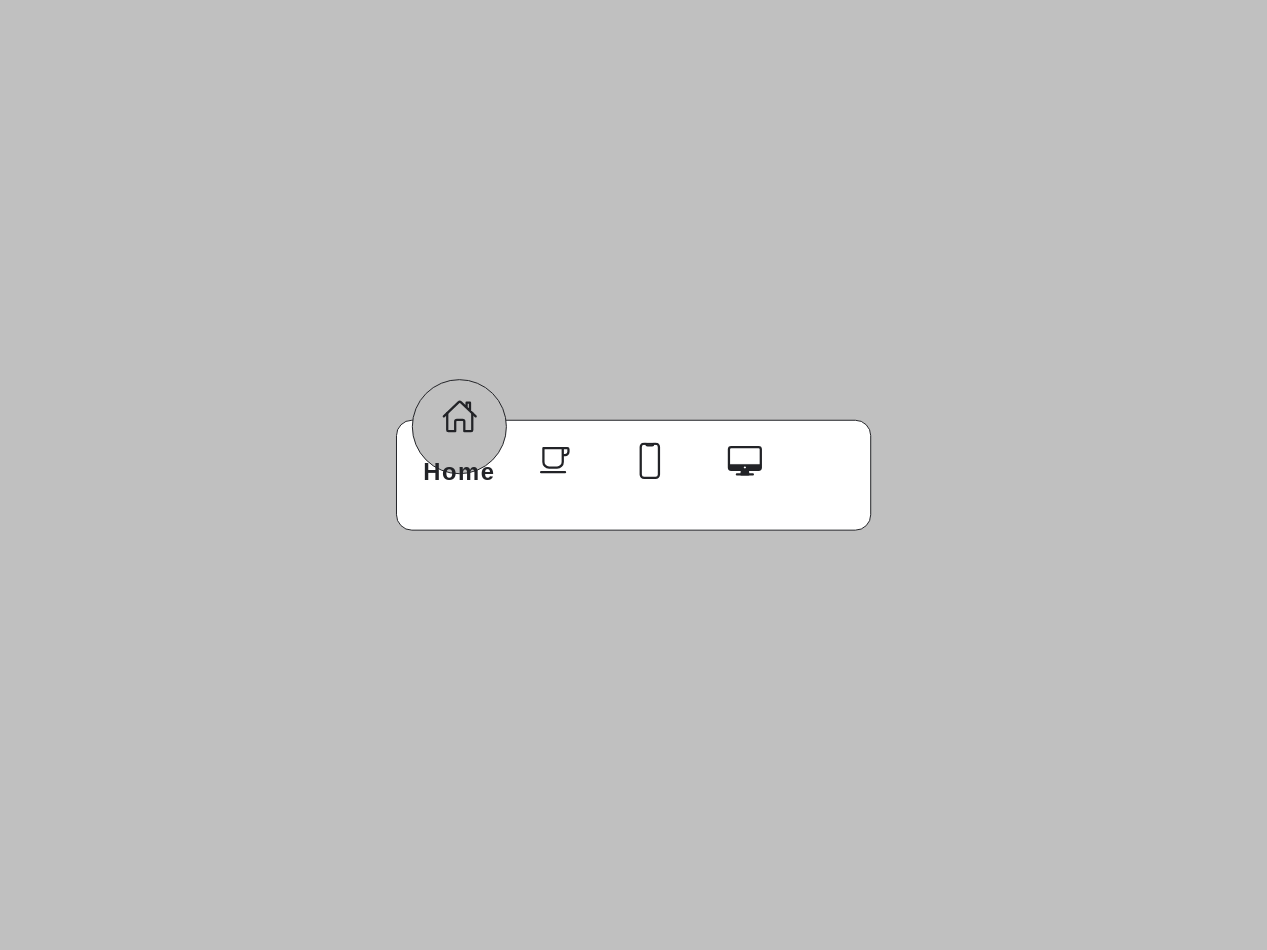
Repository: DevJoeYC/Metabukcs
Page: http://localhost/metabucks/
The author's editor kept a copy of each file at every save. The page is drawn from the files as they stood at one save, then again after the next save.
The browser window is 1280 px wide. The pictures show the whole page, at 99% of full size.
The page is served by Tomcat 9. Other server files are loaded and not shown.

Above is the page before, as saved 2022-05-27 01:12:16.

### metabucks/WebContent/index.html
<!DOCTYPE html>
<html>
<head>
	<meta charset="UTF-8">
	<title>CTEAM team project nav</title>
	<link rel="stylesheet" type="text/css" href="./show/test.css">
	<script src="./show/common.js"></script>
	<script src="./show/jquery.js"></script>
</head>
<body>
	<div class="nav">
		<ul>
			<li class="list active">
				<a href="./HOME/index.jsp" target="_blank">
					<span class="icon"><ion-icon name="home-outline"></ion-icon></span>
					<span class="text">Home</span>
				</a>
			</li>
			<li class="list">
				<a href="./KIOSK/index.jsp" target="_blank">
					<span class="icon"><ion-icon name="cafe-outline"></ion-icon></span>
					<span class="text">KIOSK</span>
				</a>
			</li>
			<li class="list">
				<a href="./METAORDER/index.jsp" target="_blank">
					<span class="icon"><ion-icon name="phone-portrait-outline"></ion-icon></span>
					<span class="text">Metaoder</span>
				</a>
			</li>
			<li class="list">
				<a href="./POS/index.html" target="_blank">
					<span class="icon"><ion-icon name="desktop-outline"></ion-icon></span>
					<span class="text">POS</span>
				</a>
			</li>
			<div class="indicator"></div>
		</ul>
	</div>
	<script>
		var list = document.querySelectorAll('.list');
		function activeLink(){
			list.forEach((item) => item.classList.remove('active'));
			this.classList.add('active');
		}
		list.forEach((item) =>
		item.addEventListener('mouseover', activeLink));
	</script>
	<script type="module" src="https://unpkg.com/ionicons@5.5.2/dist/ionicons/ionicons.esm.js"></script>
	<script nomodule src="https://unpkg.com/ionicons@5.5.2/dist/ionicons/ionicons.js"></script>
</body>
</html>

### metabucks/WebContent/show/test.css
* {
	margin: 0;
	padding: 0;
	box-sizing: border-box;
	font-family: 'Poppins', sans-serif;
}

:root
{
	--clr: #222327;
}

body
{
	display: flex;
	justify-content: center;
	align-items: center;
	min-height: 60rem;
	background: silver;
}

.nav
{
	position: relative;
	width: 30rem;
	height: 7rem;
	background: #fff;
	display: flex;
	justify-content: center;
	align-items: center;
	border: 0.1rem solid var(--clr);
	border-radius: 1rem;
}

.nav ul
{
	display: flex;
	width: 28rem;
}

.nav ul li
{
	position: relative;
	list-style: none;
	width: 6rem;
	height: 6rem;
	z-index: 1;
}

.nav ul li a
{
	position: relative;
	display: flex;
	justify-content: center;
	align-items: center;
	flex-direction: column;
	width: 100%;
	text-align: center;
	font-weight: bolder;
}

.nav ul li a .icon
{
	position: relative;
	display: block;
	line-height: 5rem;
	font-size: 2.3em;
	text-align: center;
	transition: 0.5s;
	color: var(--clr);
}

.nav ul li.hover a .icon
{
	transform: translateY(-2.8rem);
}
.nav ul li.active a .icon
{
	transform: translateY(-2.8rem);
}

.nav ul li a .text
{
	position: absolute;
	color: var(--clr);
	font-weight: bolder;
	font-size: 1.5rem;
	letter-spacing: 0.1rem;
	transition: 0.5s;
	opacity: 0;
	transform: translateY(-1rem);
}

.nav ul li.hover a .text
{
	opacity: 1;
	transform: translateY(0.3rem)
}
.nav ul li.active a .text
{
	opacity: 1;
	transform: translateY(0.3rem)
}

.indicator
{
	position: absolute;
	top: -2.6rem;
	width: 6rem;
	height: 6rem;
	background: silver;
	border-radius: 50%;
	border: 0.1rem solid var(--clr);
	transition: 0.5s;
}

.nav ul li:nth-child(1).active ~ .indicator
{
	transform: translateX(calc(6rem * 0));
}
.nav ul li:nth-child(2).active ~ .indicator
{
	transform: translateX(calc(6rem * 1));
}
.nav ul li:nth-child(3).active ~ .indicator
{
	transform: translateX(calc(6rem * 2));
}
.nav ul li:nth-child(4).active ~ .indicator
{
	transform: translateX(calc(6rem * 3));
}

### metabucks/WebContent/show/common.js
/****************************************************************************************************
 *	작성자 : 함경환
 *	작성일 : 2022-05-20 11:45
****************************************************************************************************/

//선택된 메뉴를 str로 strURL의 이름을 가진 페이지에 요청을 보낸다.
//결과 값은 to의 id를 가진 곳에 반영한다
function setDiv(to, strURL, str) {
	//선택된 메뉴를 str로 strURL의 이름을 가진 페이지에 요청을 보낸다.
	$.ajax({
		type		: "POST",
		url			: strURL + str,
		dataType	: "HTML",
		contentType : "application/x-www-form-urlencoded; charset=UTF-8",
		success		: function (data) {$(to).html(data);},
		complete	: function (data) {},
		error		: function (data) {}
	});
}

function toggle(obj){
	$(obj).parent().children().css({ "background-color" : "silver" });
	$(obj).css({ "background-color" : "white" });
}

Loaded but not shown: metabucks/WebContent/show/jquery.js (library)

After the next save:
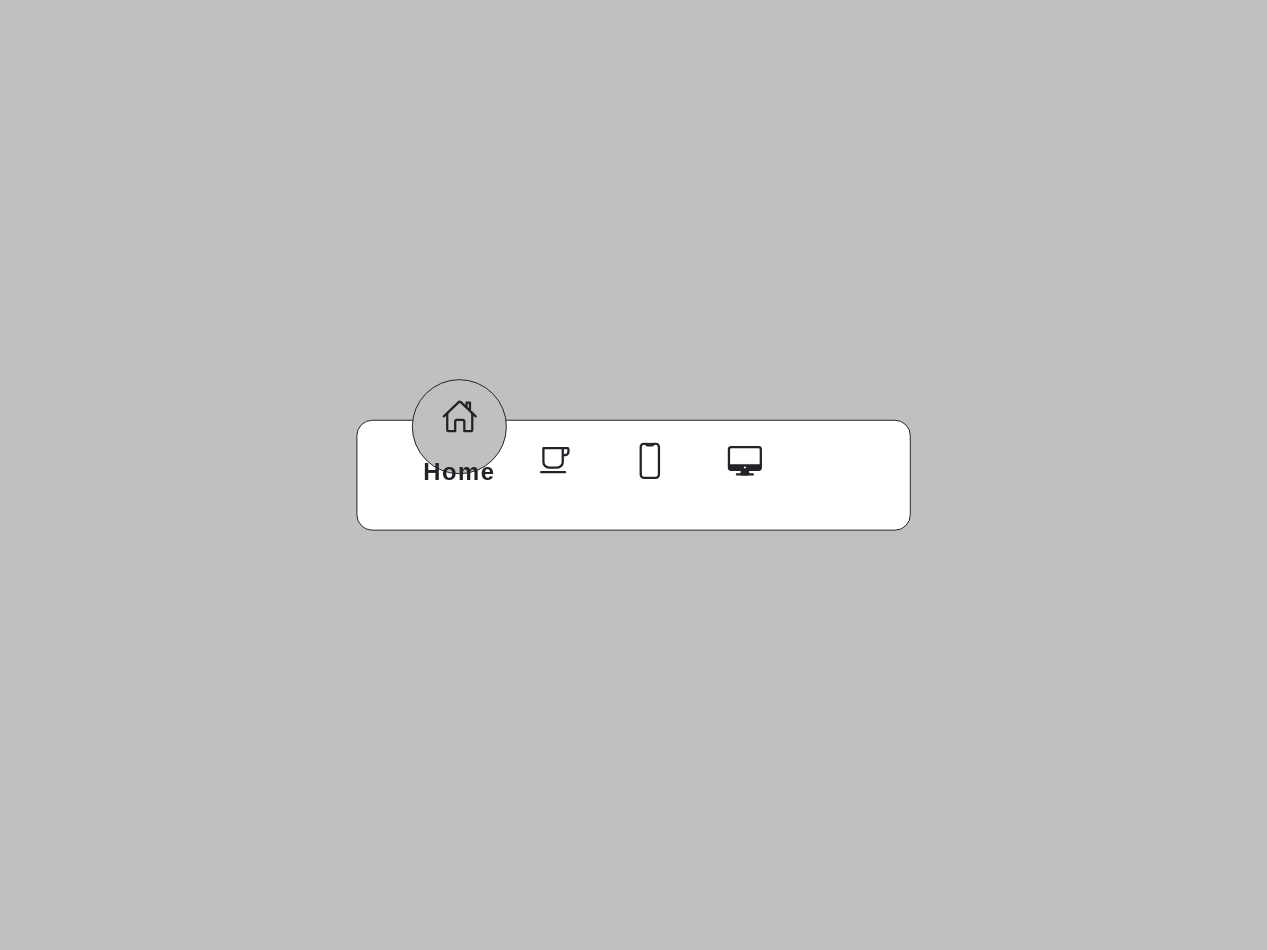
Saved 16 s later.
--- a/metabucks/WebContent/show/test.css
+++ b/metabucks/WebContent/show/test.css
@@ -22,7 +22,7 @@ body
 .nav
 {
 	position: relative;
-	width: 30rem;
+	width: 35rem;
 	height: 7rem;
 	background: #fff;
 	display: flex;
